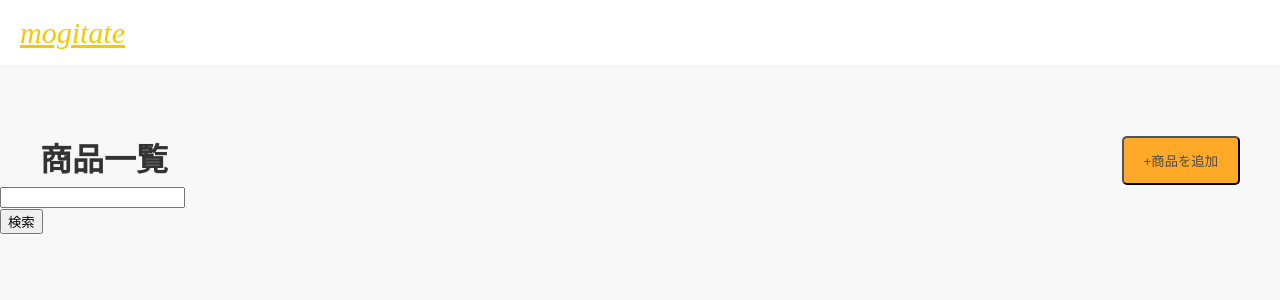
Repository: SuzukiFuminori/test-fruit
Page: http://localhost/products
An editor plug-in stored every save of this project. The page is shown before and after a run of saves, followed by the edit.
The browser window is 1280 px wide. The pictures show the whole page.
The page is served by the project's Laravel application, run on PHP 8.4 with Laravel 8. Other server files are loaded and not shown. Queries for data that is not in the repository find no rows.

Above is the page before, as saved 2024-12-30 03:53:53.

### src/routes/web.php
<?php

use Illuminate\Support\Facades\Route;
use App\Http\Controllers\ProductController;

/*
|--------------------------------------------------------------------------
| Web Routes
|--------------------------------------------------------------------------
|
| Here is where you can register web routes for your application. These
| routes are loaded by the RouteServiceProvider within a group which
| contains the "web" middleware group. Now create something great!
|
*/

Route::get('/products', [ProductController::class, 'index']);
Route::get('/products/register', [ProductController::class, 'add']);

### src/app/Http/Controllers/ProductController.php
<?php

namespace App\Http\Controllers;
use App\Models\Product;
use Illuminate\Http\Request;

class ProductController extends Controller
{
    // 商品一覧ページの表示
    public function index()
    {
        $products = Product::all();
        return view('index', ['products' => $products]);
    }

    // 商品登録ページの表示
    public function add()
    {
        return view('add');
    }
}

### src/resources/views/index.blade.php
@extends('layouts.default')

@section('title', '商品一覧')

@section('css')
<link rel="stylesheet" href="{{ asset('css/index.css') }}">
@endsection

@section('content')
  <div class="content">
    <div class="content__inner">
      <div class="content-heading">
        <div class="content-heading__title">
          @yield('title')
        </div>
        <div class="content-heading__button">
          <button class="content-heading__button-submit" type="submit">+商品を追加</button>
        </div>
      </div>
      <div class="content-container">
        <div class="search">
          <div class="search__input">
            <input type="text" name="name" placeholder=""
          </div>
          <div class="search__button">
            <button class="search__button-submit" >検索</button>
          </div>
        </div>
      </div>
    </div>
  </div>
@endsection

### src/resources/views/layouts/default.blade.php
<!DOCTYPE html>
<html lang="ja">

<head>
  <meta charset="UTF-8">
  <meta name="viewport" content="width=device-width, initial-scale=1.0">
  <title>@yield('title')</title>
  <link rel="stylesheet" href="{{ asset('css/sanitize.css') }}">
  <link rel="stylesheet" href="{{ asset('css/common.css') }}">
  @yield('css')
</head>

<body>
  <header class="header">
    <div class="header__inner">
      <a class="header__logo" href="/">
        mogitate
      </a>
    </div>
  </header>
  <main>
    @yield('content')
  </main>
</body>

</html>

### src/public/css/sanitize.css
/* Document
* ========================================================================== */

/**
* Add border box sizing in all browsers (opinionated).
*/

*,
::before,
::after {
  box-sizing: border-box;
}

/**
* 1. Add text decoration inheritance in all browsers (opinionated).
* 2. Add vertical alignment inheritance in all browsers (opinionated).
*/

::before,
::after {
  vertical-align: inherit;
  /* 2 */
  text-decoration: inherit;
  /* 1 */
}

/**
* 1. Use the default cursor in all browsers (opinionated).
* 2. Change the line height in all browsers (opinionated).
* 3. Use a 4-space tab width in all browsers (opinionated).
* 4. Remove the grey highlight on links in iOS (opinionated).
* 5. Prevent adjustments of font size after orientation changes in
*    IE on Windows Phone and in iOS.
* 6. Breaks words to prevent overflow in all browsers (opinionated).
*/

html {
  word-break: break-word;
  /* 6 */
  -moz-tab-size: 4;
  /* 3 */
  tab-size: 4;
  /* 3 */
  line-height: 1.5;
  /* 2 */
  cursor: default;
  /* 1 */

  -webkit-tap-highlight-color: transparent
    /* 4 */
  ;
  -ms-text-size-adjust: 100%;
  /* 5 */
  -webkit-text-size-adjust: 100%;
  /* 5 */
}

/* Sections
* ========================================================================== */

/**
* Remove the margin in all browsers (opinionated).
*/

body {
  margin: 0;
}

/**
* Correct the font size and margin on `h1` elements within `section` and
* `article` contexts in Chrome, Edge, Firefox, and Safari.
*/

h1 {
  margin: 0.67em 0;
  font-size: 2em;
}

/* Grouping content
* ========================================================================== */

/**
* Remove the margin on nested lists in Chrome, Edge, IE, and Safari.
*/

dl dl,
dl ol,
dl ul,
ol dl,
ul dl {
  margin: 0;
}

/**
* Remove the margin on nested lists in Edge 18- and IE.
*/

ol ol,
ol ul,
ul ol,
ul ul {
  margin: 0;
}

/**
* 1. Add the correct sizing in Firefox.
* 2. Show the overflow in Edge 18- and IE.
*/

hr {
  overflow: visible;
  /* 2 */
  height: 0;
  /* 1 */
}

/**
* Add the correct display in IE.
*/

main {
  display: block;
}

/**
* Remove the list style on navigation lists in all browsers (opinionated).
*/

nav ol,
nav ul {
  padding: 0;
  list-style: none;
}

/**
* 1. Correct the inheritance and scaling of font size in all browsers.
* 2. Correct the odd `em` font sizing in all browsers.
*/

pre {
  font-size: 1em;
  /* 2 */
  font-family: monospace, monospace;
  /* 1 */
}

/* Text-level semantics
* ========================================================================== */

/**
* Remove the gray background on active links in IE 10.
*/

a {
  background-color: transparent;
}

/**
* Add the correct text decoration in Edge 18-, IE, and Safari.
*/

abbr[title] {
  text-decoration: underline;
  text-decoration: underline dotted;
}

/**
* Add the correct font weight in Chrome, Edge, and Safari.
*/

b,
strong {
  font-weight: bolder;
}

/**
* 1. Correct the inheritance and scaling of font size in all browsers.
* 2. Correct the odd `em` font sizing in all browsers.
*/

code,
kbd,
samp {
  font-size: 1em;
  /* 2 */
  font-family: monospace, monospace;
  /* 1 */
}

/**
* Add the correct font size in all browsers.
*/

small {
  font-size: 80%;
}

/* Embedded content
* ========================================================================== */

/*
* Change the alignment on media elements in all browsers (opinionated).
*/

audio,
canvas,
iframe,
img,
svg,
video {
  vertical-align: middle;
}

/**
* Add the correct display in IE 9-.
*/

audio,
video {
  display: inline-block;
}

/**
* Add the correct display in iOS 4-7.
*/

audio:not([controls]) {
  display: none;
  height: 0;
}

/**
* Remove the border on iframes in all browsers (opinionated).
*/

iframe {
  border-style: none;
}

/**
* Remove the border on images within links in IE 10-.
*/

img {
  border-style: none;
}

/**
* Change the fill color to match the text color in all browsers (opinionated).
*/

svg:not([fill]) {
  fill: currentColor;
}

/**
* Hide the overflow in IE.
*/

svg:not(:root) {
  overflow: hidden;
}

/* Tabular data
* ========================================================================== */

/**
* Collapse border spacing in all browsers (opinionated).
*/

table {
  border-collapse: collapse;
}

/* Forms
* ========================================================================== */

/**
* Remove the margin on controls in Safari.
*/

button,
input,
select {
  margin: 0;
}

/**
* 1. Show the overflow in IE.
* 2. Remove the inheritance of text transform in Edge 18-, Firefox, and IE.
*/

button {
  overflow: visible;
  /* 1 */
  text-transform: none;
  /* 2 */
}

/**
* Correct the inability to style buttons in iOS and Safari.
*/

button,
[type="button"],
[type="reset"],
[type="submit"] {
  -webkit-appearance: button;
}

/**
* 1. Change the inconsistent appearance in all browsers (opinionated).
* 2. Correct the padding in Firefox.
*/

fieldset {
  padding: 0.35em 0.75em 0.625em;
  /* 2 */
  border: 1px solid #a0a0a0;
  /* 1 */
}

/**
* Show the overflow in Edge 18- and IE.
*/

input {
  overflow: visible;
}

/**
* 1. Correct the text wrapping in Edge 18- and IE.
* 2. Correct the color inheritance from `fieldset` elements in IE.
*/

legend {
  display: table;
  /* 1 */
  max-width: 100%;
  /* 1 */
  color: inherit;
  /* 2 */
  white-space: normal;
  /* 1 */
}

/**
* 1. Add the correct display in Edge 18- and IE.
* 2. Add the correct vertical alignment in Chrome, Edge, and Firefox.
*/

progress {
  display: inline-block;
  /* 1 */
  vertical-align: baseline;
  /* 2 */
}

/**
* Remove the inheritance of text transform in Firefox.
*/

select {
  text-transform: none;
}

/**
* 1. Remove the margin in Firefox and Safari.
* 2. Remove the default vertical scrollbar in IE.
* 3. Change the resize direction in all browsers (opinionated).
*/

textarea {
  overflow: auto;
  /* 2 */
  margin: 0;
  /* 1 */
  resize: vertical;
  /* 3 */
}

/**
* Remove the padding in IE 10-.
*/

[type="checkbox"],
[type="radio"] {
  padding: 0;
}

/**
* 1. Correct the odd appearance in Chrome, Edge, and Safari.
* 2. Correct the outline style in Safari.
*/

[type="search"] {
  outline-offset: -2px;
  /* 2 */

  -webkit-appearance: textfield;
  /* 1 */
}

/**
* Correct the cursor style of increment and decrement buttons in Safari.
*/

::-webkit-inner-spin-button,
::-webkit-outer-spin-button {
  height: auto;
}

/**
* Correct the text style of placeholders in Chrome, Edge, and Safari.
*/

::-webkit-input-placeholder {
  color: inherit;
  opacity: 0.54;
}

/**
* Remove the inner padding in Chrome, Edge, and Safari on macOS.
*/

::-webkit-search-decoration {
  -webkit-appearance: none;
}

/**
* 1. Correct the inability to style upload buttons in iOS and Safari.
* 2. Change font properties to `inherit` in Safari.
*/

::-webkit-file-upload-button {
  font: inherit;
  /* 2 */

  -webkit-appearance: button;
  /* 1 */
}

/**
* Remove the inner border and padding of focus outlines in Firefox.
*/

::-moz-focus-inner {
  padding: 0;
  border-style: none;
}

/**
* Restore the focus outline styles unset by the previous rule in Firefox.
*/

:-moz-focusring {
  outline: 1px dotted ButtonText;
}

/**
* Remove the additional :invalid styles in Firefox.
*/

:-moz-ui-invalid {
  box-shadow: none;
}

/* Interactive
* ========================================================================== */

/*
* Add the correct display in Edge 18- and IE.
*/

details {
  display: block;
}

/*
* Add the correct styles in Edge 18-, IE, and Safari.
*/

dialog {
  position: absolute;
  right: 0;
  left: 0;
  display: block;
  margin: auto;
  padding: 1em;
  width: -moz-fit-content;
  width: -webkit-fit-content;
  width: fit-content;
  height: -moz-fit-content;
  height: -webkit-fit-content;
  height: fit-content;
  border: solid;
  background-color: white;
  color: black;
}

dialog:not([open]) {
  display: none;
}

/*
* Add the correct display in all browsers.
*/

summary {
  display: list-item;
}

/* Scripting
* ========================================================================== */

/**
* Add the correct display in IE 9-.
*/

canvas {
  display: inline-block;
}

/**
* Add the correct display in IE.
*/

template {
  display: none;
}

/* User interaction
* ========================================================================== */

/*
* 1. Remove the tapping delay in IE 10.
* 2. Remove the tapping delay on clickable elements
in all browsers (opinionated).
*/

a,
area,
button,
input,
label,
select,
summary,
textarea,
[tabindex] {
  -ms-touch-action: manipulation;
  /* 1 */
  touch-action: manipulation;
  /* 2 */
}

/**
* Add the correct display in IE 10-.
*/

[hidden] {
  display: none;
}

/* Accessibility
* ========================================================================== */

/**
* Change the cursor on busy elements in all browsers (opinionated).
*/

[aria-busy="true"] {
  cursor: progress;
}

/*
* Change the cursor on control elements in all browsers (opinionated).
*/

[aria-controls] {
  cursor: pointer;
}

/*
* Change the cursor on disabled, not-editable, or otherwise
* inoperable elements in all browsers (opinionated).
*/

[aria-disabled="true"],
[disabled] {
  cursor: not-allowed;
}

/*
* Change the display on visually hidden accessible elements
* in all browsers (opinionated).
*/

[aria-hidden="false"][hidden] {
  display: initial;
}

[aria-hidden="false"][hidden]:not(:focus) {
  position: absolute;
  clip: rect(0, 0, 0, 0);
}

### src/public/css/common.css
.header {
  background: white;
}

.header__inner {
  margin: 0 auto;
  padding: 10px 20px;
  border-bottom: solid 1px #f4f4f4;
}

.header__logo {
  font-family: jsMath-cmti10;
  font-size: 30px;
  color: #F5C800;
  font-weight: 500;
  font-style: italic;
}

### src/public/css/index.css
.content {
  background: #f8f8f8;
}

.content__inner {
  margin: 0 auto;
  padding: 70px 0;
}

.content-heading {
  display: flex;
  justify-content: space-between;
  margin: 0 auto;
  padding: 0 40px 0;
}

.content-heading__title {
  font-family: "Hiragino Kaku Gothic Pro";
  font-size: 32px;
  color: #333333;
  font-weight: 600;
}

.content-heading__button-submit {
  padding: 13px 20px;
  background:#ffa929;
  color: #4B4B4B;
  border-radius: 5px;
}

.content-wrapper {
  display: flex;
  padding: 0 40px 0;
}

Loaded but not shown: src/app/Http/Controllers/Controller.php (common file); src/app/Models/Product.php (common file)

After the next 2 saves:
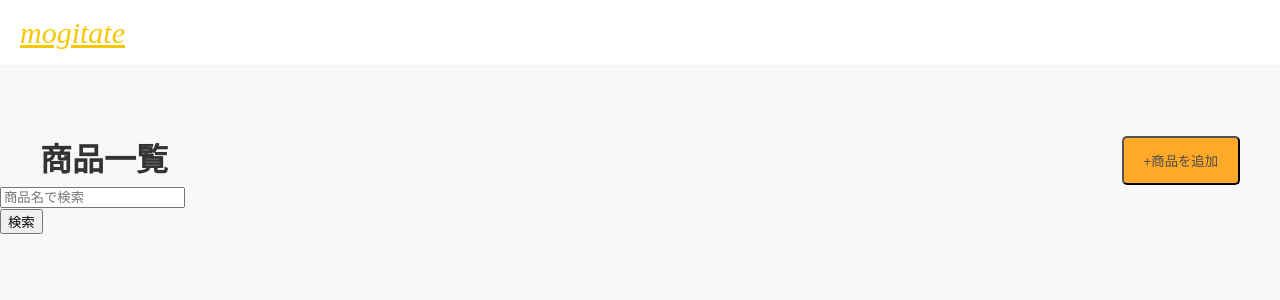
The 2 saves are shown as one change because they came seconds apart.
The last was saved 20 s later.
--- a/src/resources/views/index.blade.php
+++ b/src/resources/views/index.blade.php
@@ -20,7 +20,7 @@
       <div class="content-container">
         <div class="search">
           <div class="search__input">
-            <input type="text" name="name" placeholder=""
+            <input type="text" name="name" placeholder="商品名で検索">
           </div>
           <div class="search__button">
             <button class="search__button-submit" >検索</button>
